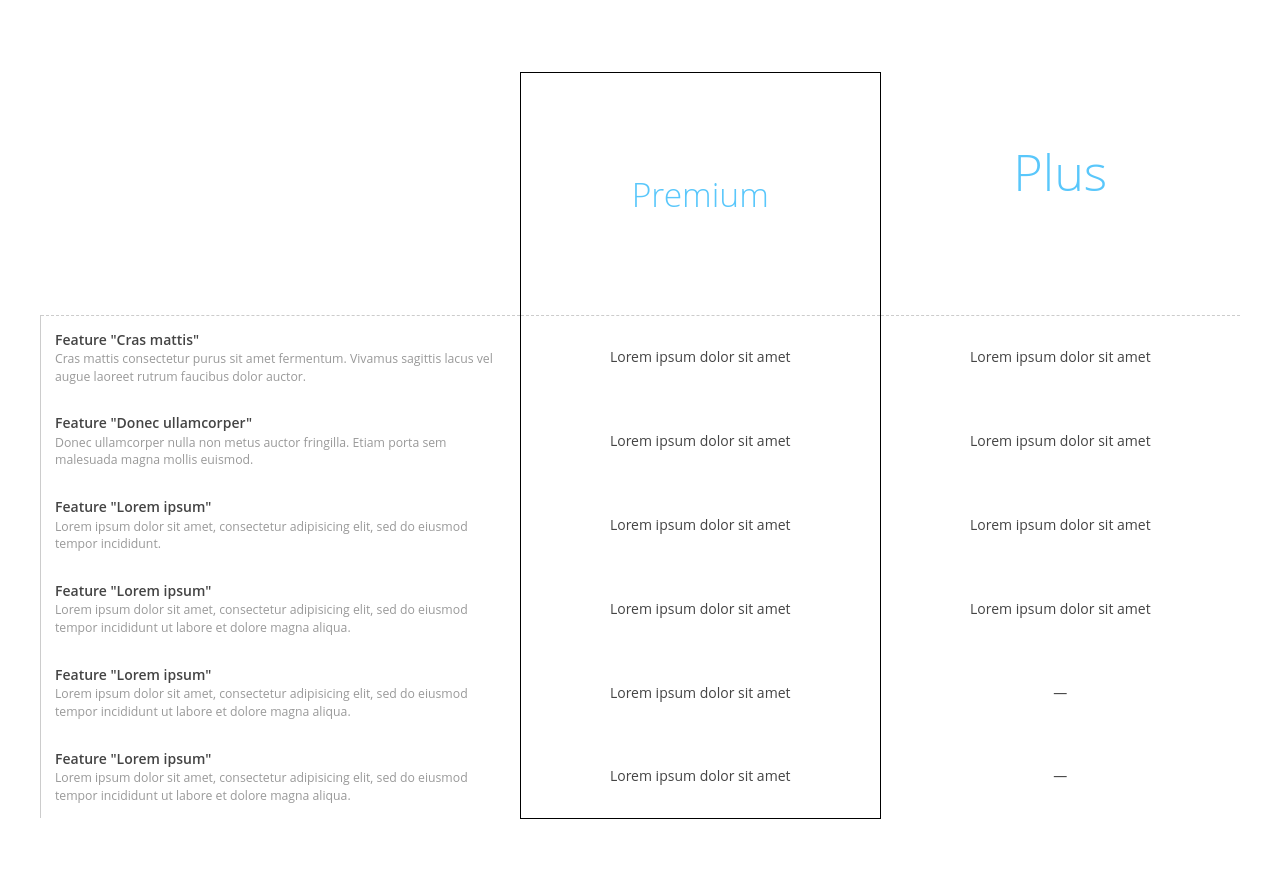
Repository: darlino/gotyu_shopify_section
Page: gotyu_table210223/index.html
These files come from the project's save history. The page is drawn as it stood at one moment and after the next save; the edit follows.
The browser window is 1280 px wide. The pictures show the whole page.

Above is the page before, as saved 2023-02-21 12:45:15.

### gotyu_table210223/index.html
<!DOCTYPE html>
<html lang="en">
  <head>
    <meta charset="UTF-8" />
    <meta http-equiv="X-UA-Compatible" content="IE=edge" />
    <meta name="viewport" content="width=device-width, initial-scale=1.0" />
    <title>Document</title>
    <link rel="stylesheet" href="style.css" />
    <link rel="preconnect" href="https://fonts.googleapis.com" />
    <link rel="preconnect" href="https://fonts.gstatic.com" crossorigin />
    <link
      href="https://fonts.googleapis.com/css2?family=Montserrat&display=swap"
      rel="stylesheet"
    />
  </head>
  <body>
    <table>
      <colgroup></colgroup>
      <colgroup></colgroup>
      <colgroup></colgroup>

      <thead>
        <tr>
          <th>&nbsp;</th>
          <th>
            <h2>Premium</h2>
          </th>
          <th>
            <h2>Plus</h2>
          </th>
        </tr>
      </thead>

      <tbody>
        <tr>
          <th>
            Feature "Cras mattis"
            <span
              >Cras mattis consectetur purus sit amet fermentum. Vivamus
              sagittis lacus vel augue laoreet rutrum faucibus dolor
              auctor.</span
            >
          </th>
          <td>Lorem ipsum dolor sit amet</td>
          <td>Lorem ipsum dolor sit amet</td>
        </tr>
        <tr>
          <th>
            Feature "Donec ullamcorper"
            <span
              >Donec ullamcorper nulla non metus auctor fringilla. Etiam porta
              sem malesuada magna mollis euismod.</span
            >
          </th>
          <td>Lorem ipsum dolor sit amet</td>
          <td>Lorem ipsum dolor sit amet</td>
        </tr>
        <tr>
          <th>
            Feature "Lorem ipsum"
            <span
              >Lorem ipsum dolor sit amet, consectetur adipisicing elit, sed do
              eiusmod tempor incididunt.</span
            >
          </th>
          <td>Lorem ipsum dolor sit amet</td>
          <td>Lorem ipsum dolor sit amet</td>
        </tr>
        <tr>
          <th>
            Feature "Lorem ipsum"
            <span
              >Lorem ipsum dolor sit amet, consectetur adipisicing elit, sed do
              eiusmod tempor incididunt ut labore et dolore magna aliqua.</span
            >
          </th>
          <td>Lorem ipsum dolor sit amet</td>
          <td>Lorem ipsum dolor sit amet</td>
        </tr>
        <tr>
          <th>
            Feature "Lorem ipsum"
            <span
              >Lorem ipsum dolor sit amet, consectetur adipisicing elit, sed do
              eiusmod tempor incididunt ut labore et dolore magna aliqua.</span
            >
          </th>
          <td>Lorem ipsum dolor sit amet</td>
          <td>&mdash;</td>
        </tr>
        <tr>
          <th>
            Feature "Lorem ipsum"
            <span
              >Lorem ipsum dolor sit amet, consectetur adipisicing elit, sed do
              eiusmod tempor incididunt ut labore et dolore magna aliqua.</span
            >
          </th>
          <td>Lorem ipsum dolor sit amet</td>
          <td>&mdash;</td>
        </tr>
      </tbody>
    </table>
  </body>
</html>

### gotyu_table210223/style.css
body {
  background: #fff;
  font: 400 1em/1.4 "Open Sans", "Helvetica Neue", sans-serif;
  color: #333;
  text-align: center;
  padding: 4em 2em;
}

table {
  width: 100%;
  text-align: left;
  border-spacing: 0;
  border-collapse: collapse;
  -webkit-box-sizing: border-box;
  -moz-box-sizing: border-box;
  box-sizing: border-box;
  border: none;
}

th,
td {
  font-family: inherit;
  font-size: 0.875em;
  line-height: 1.45;
  color: #444;
  vertical-align: middle;
  padding: 1em;
}
th {
  font-weight: 600;
}

colgroup:nth-child(1) {
  width: 40%;
  border: 0 none;
}
colgroup:nth-child(3) {
  width: 30%;
}
colgroup:nth-child(2) {
  width: 30%;
  border: 1px solid #000;
  border-radius: 50%;
}

/* Tablehead */

thead th {
  text-align: center;
  position: relative;
  border-bottom: 1px dashed #ccc;
  padding: 10px 0px 10px;
  color: #999;
}
thead th:nth-child(1) {
  background: transparent;
}
thead th:nth-child(3) {
  padding: 2em 0 5em;
}
thead th h2 {
  font-weight: 300;
  font-size: 2.4em;
  line-height: 1.2;
  color: #59c7fb;
}
thead th h2 + p {
  font-size: 1.25em;
  line-height: 1.4;
}
thead th:nth-child(3) h2 {
  font-size: 3.6em;
}
thead th:nth-child(3) h2 + p {
  font-size: 1.5em;
}

thead th p.promo {
  font-size: 1em;
  color: #fff;
  position: absolute;
  top: 9em;
  left: -17px;
  z-index: 1000;
  width: 100%;
  margin: 0;
  padding: 0.625em 17px 0.75em;
  background: #c00;
  box-shadow: 0 2px 4px rgba(0, 0, 0, 0.25);
  border-bottom: 1px solid #900;
}

thead th p.promo:before {
  content: "";
  position: absolute;
  display: block;
  width: 0px;
  height: 0px;
  border-style: solid;
  border-width: 0 7px 7px 0;
  border-color: transparent #900 transparent transparent;
  bottom: -7px;
  left: 0;
}
thead th p.promo:after {
  content: "";
  position: absolute;
  display: block;
  width: 0px;
  height: 0px;
  border-style: solid;
  border-width: 7px 7px 0 0;
  border-color: #900 transparent transparent transparent;
  bottom: -7px;
  right: 0;
}

/* Tablebody */

tbody th {
  background: #fff;
  border-left: 1px solid #ccc;
}
tbody th span {
  font-weight: normal;
  font-size: 87.5%;
  color: #999;
  display: block;
}

tbody td {
  background: #fff;
  text-align: center;
  border: none;
}

tbody tr:last-child td {
  border-bottom: 0 none;
}

/* Tablefooter */

After the next save:
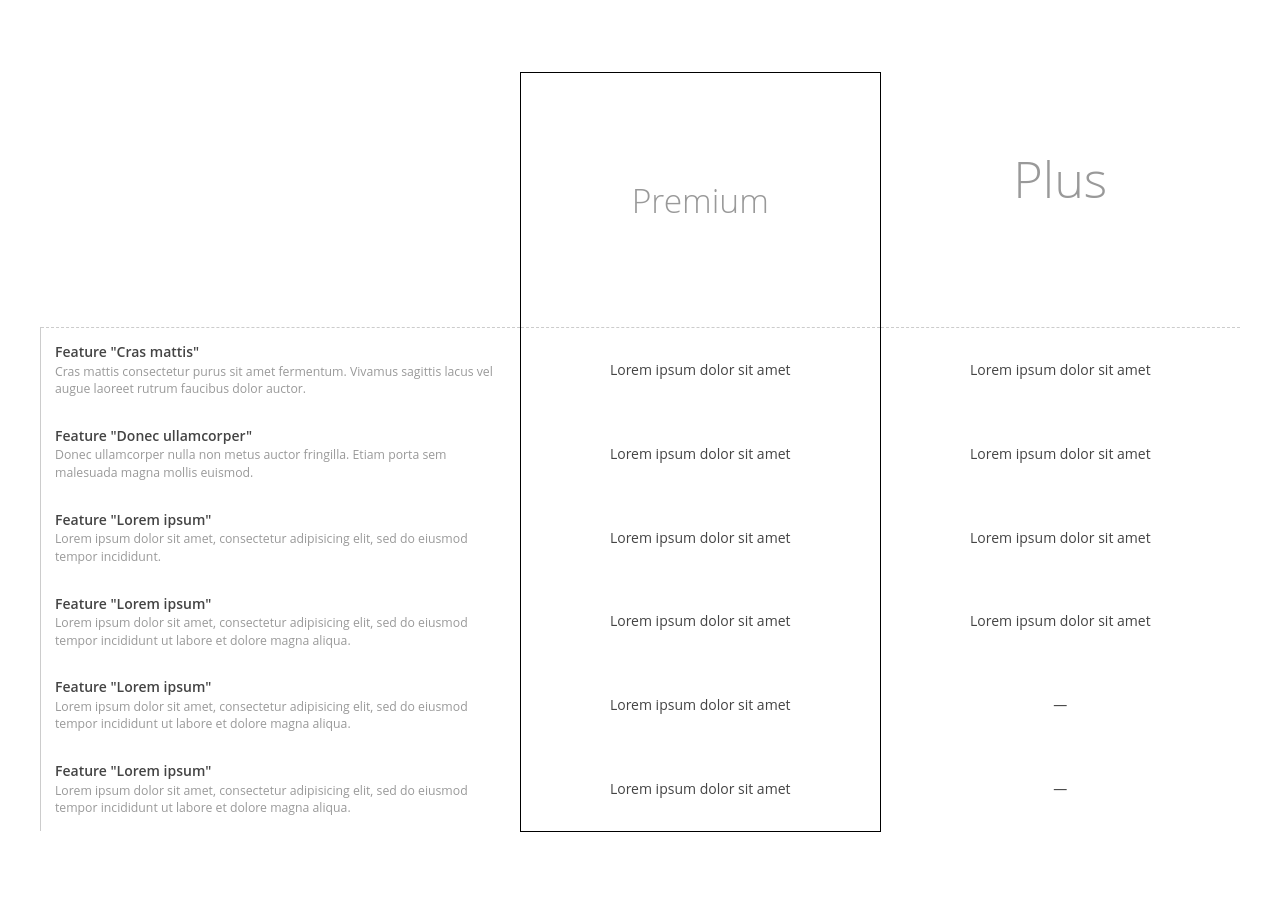
Saved 2 min 28 s later.
--- a/gotyu_table210223/style.css
+++ b/gotyu_table210223/style.css
@@ -61,8 +61,6 @@ thead th:nth-child(3) {
 thead th h2 {
   font-weight: 300;
   font-size: 2.4em;
-  line-height: 1.2;
-  color: #59c7fb;
 }
 thead th h2 + p {
   font-size: 1.25em;
